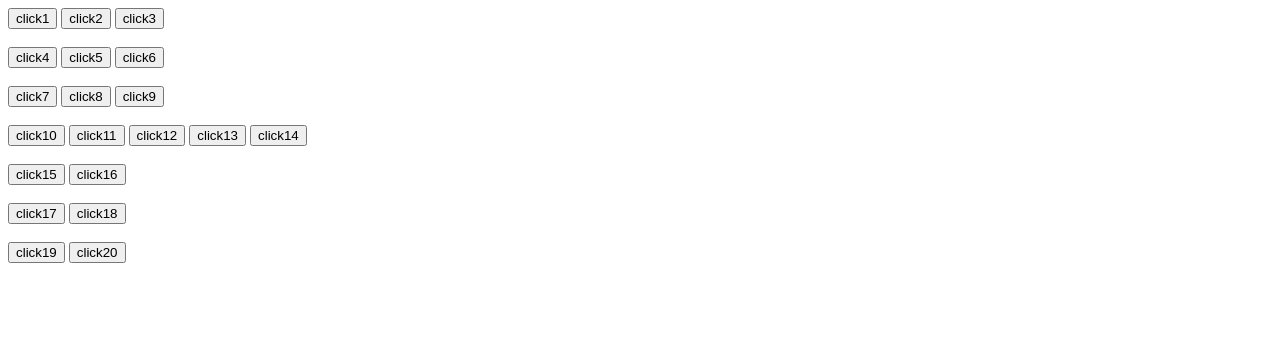
Repository: mirror-neuron/JsonStudy
Page: JsonApp01/WebContent/JsonTest10.html
The author's editor kept a copy of each file at every save. The page is drawn from the files as they stood at one save, then again after the next save.
The browser window is 1280 px wide. The pictures show the whole page.

Above is the page before, as saved 2019-05-31 07:06:32.

### JsonApp01/WebContent/JsonTest10.html
<script type="text/javascript">

	/* 배열[]은 객체다 */
	var obj6 =
	[
		"test"
	]

	var obj6_1 =
	[
		"test1", "test2"
	]

	var obj6_2 =
	[
		"test1", "test2", 123, 123+1/* → 124(요소 자체가 숫자타입으로 취급됨) */
	]

	<!-- 자바스크립트 쪽에서 운영되는 데이터는 숫자형이든 문자형이든 시각적으로 똑같이 확인됨  -->

</script>

<form>

	<input type="button" value="click1" onclick="alert(obj6)"/>
	<!-- test -->
	<input type="button" value="click2" onclick="alert(obj6_1)"/>
	<!-- test1, test2 -->
	<input type="button" value="click3" onclick="alert(obj6_2)"/>
	<!-- test1, test2, 123, 124 -->
	<br><br>

	<input type="button" value="click4" onclick="alert(typeof obj6)"/>
	<!-- object -->
	<input type="button" value="click5" onclick="alert(typeof obj6_1)"/>
	<!-- object -->
	<input type="button" value="click6" onclick="alert(typeof obj6_2)"/>
	<!-- object -->

	<br><br>

	<input type="button" value="click7" onclick="alert(obj6[0])"/>
	<!-- test -->
	<input type="button" value="click8" onclick="alert(typeof obj6[0])"/>
	<!-- string -->
	<input type="button" value="click9" onclick="alert(typeof obj6[1])"/>
	<!-- undefined -->

	<br><br>

	<input type="button" value="click10" onclick="alert(obj6_1[0])" />
	<!-- test1 -->
	<input type="button" value="click11" onclick="alert(obj6_1[1])" />
	<!-- test2 -->
	<input type="button" value="click12" onclick="alert(typeof obj6_1[0])" />
	<!-- string -->
	<input type="button" value="click13" onclick="alert(typeof obj6_1[1])" />
	<!-- string -->
	<input type="button" value="click14" onclick="alert(obj6_1[0] + obj6_1[1])" />
	<!-- test1 test2 -->

	<br><br>
	<input type="button" value="click15" onclick="alert(obj6_2[1] )" />
	<!-- test2 -->
	<input type="button" value="click16" onclick="alert(obj6_2[2] )" />
	<!-- 123 -->

	<br><br>

	<input type="button" value="click17" onclick="alert(typeof obj6_2[1] )" />
	<!-- string -->
	<input type="button" value="click18" onclick="alert(typeof obj6_2[2] )" />
	<!-- number -->

	<br><br>

	<input type="button" value="click19" onclick="alert(obj6_2[1] + obj6_2[2] )" />
	<!-- test2123 -->
	<input type="button" value="click20" onclick="alert(obj6_2[2] + obj6_2[3] )" />
	<!-- 247 -->
</form>

After the next save:
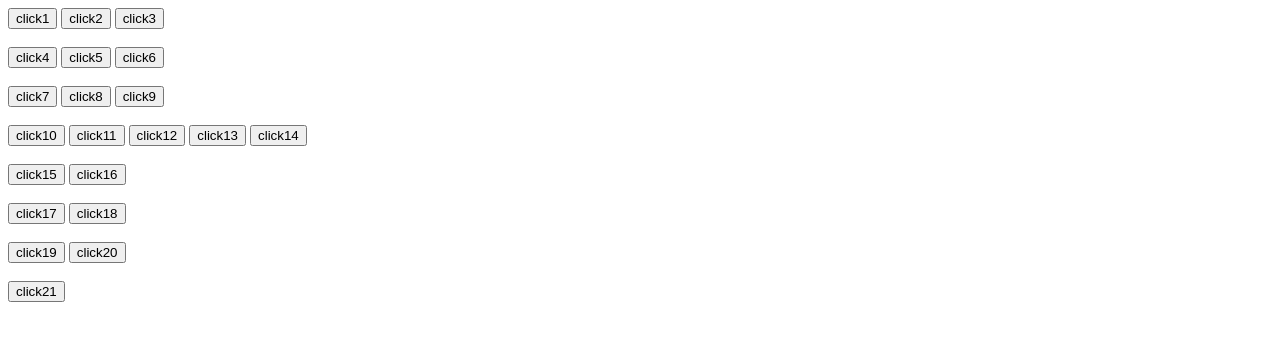
Saved 33 s later.
--- a/JsonApp01/WebContent/JsonTest10.html
+++ b/JsonApp01/WebContent/JsonTest10.html
@@ -78,4 +78,8 @@
 	<!-- test2123 -->
 	<input type="button" value="click20" onclick="alert(obj6_2[2] + obj6_2[3] )" />
 	<!-- 247 -->
+
+	<br><br>
+
+	<input type="button" value="click21" onclick="alert(obj6_2[3] + obj6_2[4])" />
 </form>
